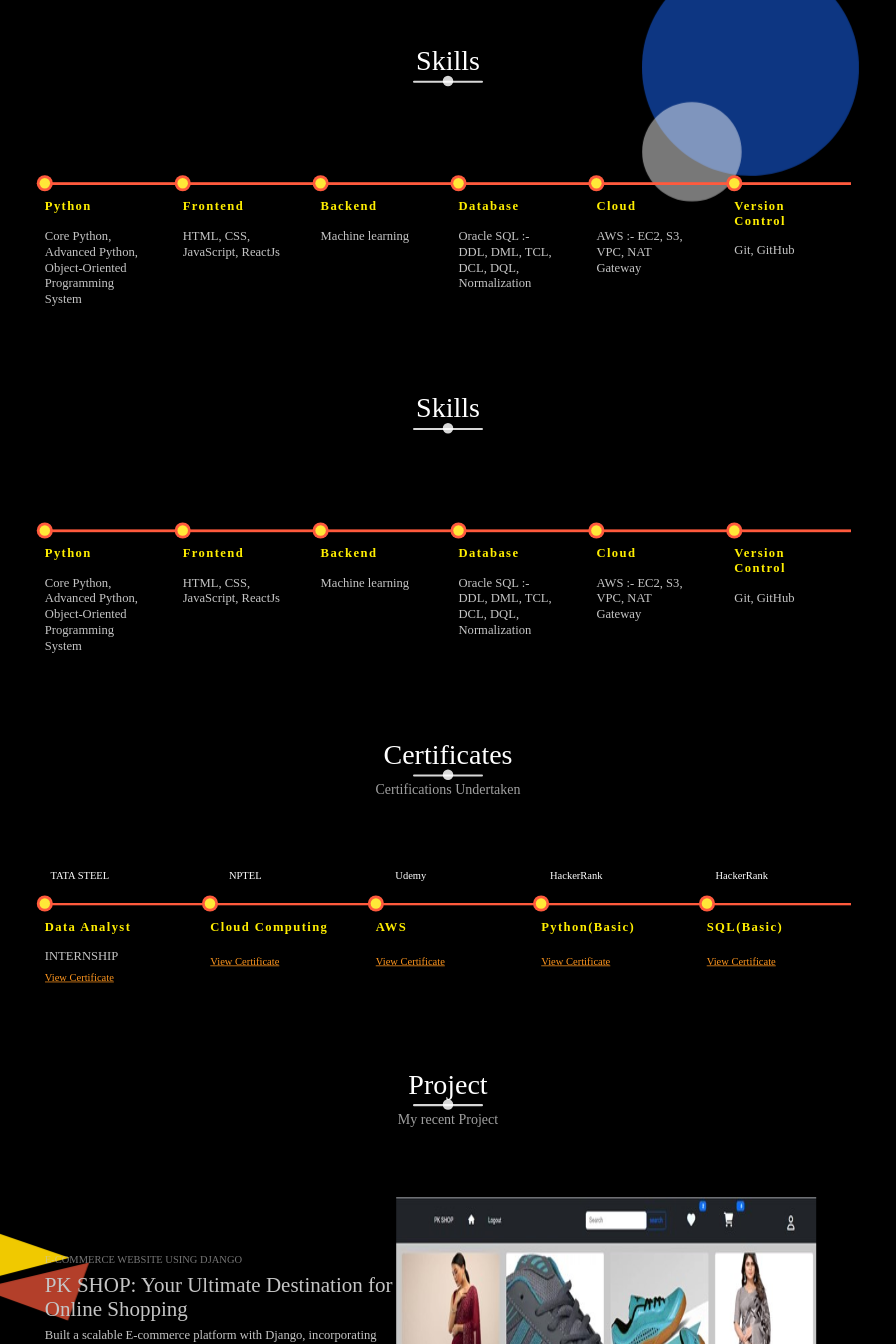
Repository: purushottam7660/Portfolio
Page: index.html
An editor plug-in stored every save of this project. The page is shown before and after the next save, followed by the edit.
The browser window is 1280 px wide. The pictures show the part of the page from y = 1206 to 3126 px (the page is 6950 px tall before and 6859 px after), at 70% of full size.
A picture or video elsewhere on the page could not be fetched, so the positions and the page height are approximate. Some web fonts or font styles are not loaded; a fallback is used.

Above is the page before, as saved 2025-08-16 12:29:27.

### index.html
<!DOCTYPE html>
<html lang="en">

<head>
    <meta charset="UTF-8">
    <meta name="viewport" content="width=device-width, initial-scale=1">

    <title>Purushottam Kumar</title>
    <link rel="stylesheet" href="https://unpkg.com/aos@next/dist/aos.css" />
    <link rel="stylesheet" href="https://use.fontawesome.com/releases/v5.7.2/css/all.css"
        integrity="sha384-fnmOCqbTlWIlj8LyTjo7mOUStjsKC4pOpQbqyi7RrhN7udi9RwhKkMHpvLbHG9Sr" crossorigin="anonymous">
    <link rel="stylesheet" href="main.css">
    <link rel='icon' href='favicon.ico' type='image/x-icon'/>
    <link href="//db.onlinewebfonts.com/c/bd317adf74e5e7e564eb61ce9926cc6d?family=Gotham" rel="stylesheet" type="text/css"/>
    <link href="//db.onlinewebfonts.com/c/9a2bc11be56851dde98c1b49302cc21a?family=Gotham+Medium" rel="stylesheet" type="text/css"/>
    <link href="//db.onlinewebfonts.com/c/0923ee644c97a87d70269aa80a6f1e79?family=The+Historia+Demo" rel="stylesheet" type="text/css"/>
    <meta name="google-site-verification" content="9P7lBLkCpxEcZAig0uq5LQzN-YUIhlLA37V1Gj3avcg" />

</head>

<body>
    <header>
        <div class="left-circ" >
                <img src="Group 1953.svg" alt="" >
            </div>
            <div class="circle-img" >
                <img src="Group 1951.svg" alt="" >
            </div>
        <div class="menu-toggler">
            <div class="bar half start"></div>
            <div class="bar"></div>
            <div class="bar half end"></div>
        </div>
        <nav class="top-nav">
            <ul class="nav-list">
                <li>
                    <a href="index.html" class="nav-link">Home</a>

                </li>
                <li>
                    <a href="#about" class="nav-link">About</a>

                </li>
                <li>
                    <a href="#services" class="nav-link">Certificates</a>

                </li>
                <li>
                    <a href="#portfolio" class="nav-link">Project</a>

                </li>
                <li>
                    <a href="#experience" class="nav-link">Education</a>

                </li>
                <li>
                    <a href="#experience" class="nav-link">Contact</a>

                </li>

            </ul>
        </nav>
        <div class="landing-text">
            <h1>Purushottam Kumar</h1>
            <h6>Associate Analyst</h6>
            <div class="scrolldown">
                <span></span>
                <span></span>
                <span></span>
            </div>
        </div>

    </header>

    <section class="about" id="about">
        <div class="container">
            <div class="profile-img" >
                <img src="./Me.jpg"  data-aos="fade-up" data-aos-delay="300ms">

            </div>
            <div class="skills-img" >
                <img src="blackball.svg" alt="" >
            </div>

            <div class="about-details" data-aos="fade-up" data-aos-delay="300ms" >
                <div class="about-heading">
                    <h1>About</h1>
                    <h6>Myself</h6>
                </div>
                <br>
                <h3> Hi! This is Purushottam Kumar. </h3>
                <br>
                <p>
                   Associate Analyst @Merkel

                    <br>
                    <br>
                    <a href="https://drive.google.com/file/d/165yn6GBqy3xRHl08g18MrKQxIV79vI6r/view?usp=sharing" class="cta" target="_blank">Checkout my Resume</a>


                </p>
                <br>

                <address>Contact me here <a href="purushottam7660@gmail.com" > purushottam7660@gmail.com </a>
                </address>

                <div class="social-media"  >
                    <ul class="nav-list"  >
                        <li>
                            <a href="https://www.linkedin.com/in/purushottam-kumar-a3a2491b3/" class="icon-link" target="_blank">
                                <i class="fab fa-linkedin"></i>
                            </a>
                        </li>
                        <li>
                            <a href="https://github.com/purushottam7660" class="icon-link" target="_blank">
                                <i class="fab fa-github-square"></i>
                            </a>
                        </li>
                        <li>
                            <a href="https://www.hackerrank.com/profile/Purushottam7660" target="_blank">
                                <i class="fab fa-hackerrank"></i>
                            </a>
                        </li>
                        <li>
                            <a href="https://www.instagram.com/purushottam115/" target="_blank">
                                <i class="fab fa-instagram"></i>
                            </a>
                        </li>
                        <li>
                            <a href="https://www.snapchat.com/add/" target="_blank">
                                <i class="fab fa-snapchat-square"></i>
                            </a>
                        </li>

                        <!-- <li>
                            <a href="https://leetcode.com/akgupta2075/" class="icon-link">
                                <i class="fab fa-behance-square"></i>
                            </a>
                        </li> -->
                        <!-- <li>
                            <a href="https://medium.com/@tejasvi_soi" class="icon-link">
                                <i class="fab fa-medium"></i>
                            </a>
                        </li> -->

                    </ul>
                </div>

            </div>

        </div>
    </section>
    <section class="skills" id="skills">
        <div class="container">
            <div class="section-heading">
                <h1>Skills</h1>
                <!-- <h6>My Python Full Stack Development Skills</h6> -->
            </div>

            <div class="my-skills">
                <div class="skill" data-aos="fade-right" data-aos-delay="300ms">
                    <h3>Python</h3>
                    <p>Core Python, Advanced Python, Object-Oriented Programming System</p>
                </div>

                <div class="skill" data-aos="fade-right" data-aos-delay="600ms">
                    <h3>Frontend</h3>
                    <p>HTML, CSS, JavaScript, ReactJs</p>
                </div>

                <div class="skill" data-aos="fade-right" data-aos-delay="900ms">
                    <h3>Backend</h3>
                    <p> Machine learning</p>
                </div>

                <div class="skill" data-aos="fade-right" data-aos-delay="1200ms">
                    <h3>Database</h3>
                    <p>Oracle SQL :- DDL, DML, TCL, DCL, DQL, Normalization</p>
                </div>

                <div class="skill" data-aos="fade-right" data-aos-delay="900ms">
                    <h3>Cloud</h3>
                    <p> AWS :- EC2, S3, VPC, NAT Gateway</p>
                </div>

                <div class="skill" data-aos="fade-right" data-aos-delay="1500ms">
                    <h3>Version Control</h3>
                    <p>Git, GitHub</p>
                </div>

            </div>
        </div>
    </section>

    <section class="skills" id="skills">
    <div class="container">
        <div class="section-heading">
            <h1>Skills</h1>
            <!-- <h6>My Python Full Stack Development Skills</h6> -->
        </div>

        <div class="my-skills">
            <div class="skill" data-aos="fade-right" data-aos-delay="300ms">
                <h3>Python</h3>
                <p>Core Python, Advanced Python, Object-Oriented Programming System</p>
            </div>

            <div class="skill" data-aos="fade-right" data-aos-delay="600ms">
                <h3>Frontend</h3>
                <p>HTML, CSS, JavaScript, ReactJs</p>
            </div>

            <div class="skill" data-aos="fade-right" data-aos-delay="900ms">
                <h3>Backend</h3>
                <p> Machine learning</p>
            </div>

            <div class="skill" data-aos="fade-right" data-aos-delay="1200ms">
                <h3>Database</h3>
                <p>Oracle SQL :- DDL, DML, TCL, DCL, DQL, Normalization</p>
            </div>

            <div class="skill" data-aos="fade-right" data-aos-delay="900ms">
                <h3>Cloud</h3>
                <p> AWS :- EC2, S3, VPC, NAT Gateway</p>
            </div>

            <div class="skill" data-aos="fade-right" data-aos-delay="1500ms">
                <h3>Version Control</h3>
                <p>Git, GitHub</p>
            </div>

        </div>
    </div>
</section>


    <section class="services" id="services" >

        <div class="container">
            <div class="services-img" >
                <img src="Rectangle 5651.svg" alt="" >
            </div>
            <div class="section-heading" >
                <h1>Certificates</h1>
                <h6>Certifications Undertaken</h6>
            </div>

            <div class="my-skills" data-aos="fade-right" data-aos-delay="100ms">
                <div class="skill" data-date="TATA STEEL"  data-aos="fade-right" data-aos-delay="300ms">

                    <h3>Data Analyst</h3>
                    <p>
                        INTERNSHIP
                    </p>
                    <br>
                    <a href="https://drive.google.com/file/d/1CfXKXl8S87-Uqk5XjmIV3m66L2Rnr3qc/view?usp=sharing"class="cta">View Certificate</a>
                </div>
                <div class="skill" data-date="NPTEL" data-aos="fade-right" data-aos-delay="600ms">

                    <h3>Cloud Computing</h3>
                    <p>

                    </p>
                    <br>
                    <a href="https://drive.google.com/file/d/12JIj-hmUDqzL3e5l1pUjtZGyqBs8_5lm/view?usp=sharing" class="cta">View Certificate</a>
                </div>

                <div class="skill" data-date="Udemy" data-aos="fade-right" data-aos-delay="900ms">

                    <h3> AWS </h3>
                    <p>

                    </p>
                    <br>
                    <a href="https://drive.google.com/file/d/1rp1tauTbMgCd7x8rF2W_imO4-MThdTXQ/view?usp=sharing" class="cta">View Certificate</a>
                </div>

                <div class="skill" data-date="HackerRank" data-aos="fade-right" data-aos-delay="1200ms">

                    <h3>Python(Basic)</h3>
                    <p>

                    </p>
                    <br>
                    <a href="https://www.hackerrank.com/certificates/4d5b223e8351" class="cta" >View Certificate</a>
                </div>

                <div class="skill" data-date="HackerRank" data-aos="fade-right" data-aos-delay="1200ms">

                    <h3> SQL(Basic)</h3>
                    <p>

                    </p>
                    <br>
                    <a href="https://www.hackerrank.com/certificates/5d3e51e30cd5" class="cta">View Certificate</a>
                </div>
            </div>

            </div>
        </div>
    </section>

    <section class="portfolio" id="portfolio">
        <div class="container">
            <div class="section-heading">
                <h1>Project</h1>
                <h6>My recent Project</h6>
            </div>
            <div class="portfolio-item" data-aos="fade-in" data-aos-duration="300ms">
                <div class="portfolio-description">
                    <h6>E-commerce Website using Django</h6>
                    <h1>PK SHOP: Your Ultimate Destination for Online Shopping</h1>
                    <p>
                        Built a scalable E-commerce platform with Django, incorporating custom features like user authentication, product catalog management, and order processing. Integrated Razorpay/Stripe for secure transactions. Developed responsive front-end interfaces and ensured platform security through encryption and collaboration with cross-functional teams.                    </p>
                    <a href="https://github.com/" class="cta">View Project</a>
                </div>
                <div class="portfolio-img has-margin-right"><img src="./PK SHOP.jpg" alt="" style="height: 450px; width: 600px;"></div>
            </div>

<br>
<br>


            <div class="portfolio-item" data-aos="fade-in" data-aos-duration="300ms">
                <div class="portfolio-img has-margin-right">
                    <img src="./telecome_project.png" alt=""style="height: 450px; width: 600px;">
                </div>
                <div class="portfolio-description">
                    <h6>Python</h6>
                    <h1>Telecom Churn Estimation Using Machine Learning</h1>
                    <p> Organizations today face intense competition in delivering advanced Quality of Service (QoS) to attract customers. Implementing efficient customer relationship management systems, supported by machine learning models like support vector machines and Random Forest algorithms, proves instrumental in customer retention and overall business profitability. Addressing challenges such as customer churn and aligning consumer expectations with product performance, organizations can strategically enhance product quality, improve brand portfolio, and optimize profit-driven feature selection in data mining and machine learning. <br>

                        Our approach involves implementing a computationally inexpensive Machine Learning algorithm for extracting insights from complex data patterns, resulting in high accuracy, time savings, and low complexities. Currently, we are actively engaged in data pre-processing, including evaluating column importance, eliminating unwanted data, and addressing null values and outliers. The ongoing cross-validation process ensures the robustness of every data column.
                        </p>
                    <a href="https://github.com/purushottam7660/TELECOM-CHURN-ESTIMATION-USING-MACHINE-LEARNING" class="cta">View Project</a>
                </div>
            </div>
<br>
<br>

            <div class="portfolio-item" data-aos="fade-in" data-aos-duration="300ms">
                <div class="portfolio-description">
                    <h6>INTERNSHIP</h6>
                    <h1>RH Treatment Time Prediction</h1>
                    <p>
                        Embark on a transformative machine learning journey with RH Treatment Time Prediction, exploring algorithms like Linear Regression, Decision Trees, Random Forest, and XG Boost. Acquire expertise in data pre-processing and model building, extracting valuable insights from challenges. Uncover the potency of supervised learning to predict treatment durations and join us in translating raw data into meaningful insights. Explore the dynamic intersection of data science and artificial intelligence to predict RH treatment times, harnessing the full potential of machine learning. Unravel intricate patterns and make informed decisions for optimized treatment durations.
                    </p>
                    <a href="https://github.com/" class="cta">View Project</a>
                </div>
                <div class="portfolio-img has-margin-right"><img src="./internship.png" alt="">
                </div>
            </div>

<br>
<br>

            <div class="portfolio-item" data-aos="fade-in" data-aos-duration="300ms">
                <div class="portfolio-img has-margin-right">
                    <img src="./3_tier_project.webp" alt="" style="height: 700px; width: 700px;">
                </div>
                <div class="portfolio-description has-margin-right">
                    <h6>Cloud Computing</h6>
                    <h1>
                        Hosting a 3-Tier Web Application Architecture on Amazon Web Services (AWS)</h1>
                    <p>
                        Discover a seamlessly hosted 3-tier web application on Amazon Web Services (AWS). This project intricately integrates vital AWS elements like VPC, ALB, and EC2, focusing on scalability, cost-effectiveness, and strong data security. Immerse yourself in the forefront of web application deployment, experiencing a fusion of cutting-edge technology and strategic architecture. This initiative marks a pivotal step into the future of cloud-based solutions, showcasing simplicity, efficiency, and innovation in web development.
                    </p>
                    <a href="https://docs.google.com/document/d/1dgbV1sPptQwEVhPD0u-hDz4tcvaEAjP5/edit?usp=sharing&ouid=102923793194469586786&rtpof=true&sd=true" class="cta">View Project</a>
                </div>
            </div>


            <div class="portfolio-item" data-aos="fade-in" data-aos-duration="300ms">
                <div class="portfolio-description">
                    <h6>Cloud Computing</h6>
                    <h1>Hosting a static website using Amazon web service </h1>
                    <p>
                        This comprehensive professional training report delves into the utilization of Amazon S3 as a robust solution for static website hosting and the integration of Route 53 for effective domain management. The report culminates with a thorough examination of the successful implementation and performance analysis, underscoring key aspects such as scalability, cost reduction, and enhanced data security measures. Throughout the project, a detailed overview is provided, encompassing the intricacies of static and dynamic websites, insights into AWS architecture, and a comprehensive understanding of Domain Name System (DNS) concepts. The emphasis on operational simplicity, business requirements, and the adoption of a highly scalable, resilient, and reliable website on Amazon Web Services adds depth to the project's significance.
                    </p>
                    <a href="https://docs.google.com/document/d/1BsOcGspHFqFBEX4XXZpwkwkMEkAuJe-A/edit?usp=sharing&ouid=102923793194469586786&rtpof=true&sd=true" class="cta">View Project</a>
                </div>
                <div class="portfolio-img has-margin-right"><img src="./static_website.png" alt="">
                </div>
            </div>
        </div>

    </div>
    </section>

    <section class="experience" id="experience">
        <div class="container" >
            <div class="section-heading">
                <h1>Education</h1>
                <h6></h6>
            </div>
            <div class="timeline" >
                <ul>
                    <li class="date" data-date="June 2019-Aug 2023" data-aos="fade-up" data-aos-duration="300ms">
                        <h1><a href="https://www.sathyabama.ac.in/" class="cta">Sathyabama Institute of Science and Technology</a></h1>
                        <p>Bachelor's of Engineering in Computer Science & Engineering <br>
                            CGPA- 8.4
                        </p>
                        <br>

                    </li>
                    <li class="date" data-date="March 2018-April 2019" data-aos="fade-up" data-aos-duration="300ms">
                        <h1>Senior Secondary</h1>
                        <p><a href="https://mnpsjsr.org/" class="cta">Motilal Nehru Public School, Jamshedpur</a>
                            <br>
                            Percentage- 62.25%
                        </p>
                        <br>

                    </li>
                    <li class="date" data-date="March 2016-April 2017" data-aos="fade-up" data-aos-duration="300ms">
                        <h1>Secondary</h1>
                        <p><a href="https://mnpsjsr.org/" class="cta">Motilal Nehru Public School, Jamshedpur</a> <br>

                            Percentage- 78.40%
                        </p>
                        <br>
                    </li>
                </ul>
                <div class="contact-img" >
                    <img src="Group 1956.svg" alt="" >
                </div>
            </div>
        </div>
    </section>


<section class="contact" id="contact">
    <div class="container">
        <div class="section-heading">
            <h1>Contact</h1>
            <h6>Get in touch with me</h6>
        </div>
        <div class="contact-details" data-aos="fade-up" data-aos-delay="300ms">
            <p>
                Feel free to reach out to me for any queries or collaboration opportunities. I'm always open to new
                projects and conversations!
            </p>
            <address>
                Email: <a href="purushottam7660@gmail.com">purushottam7660@gmail.com</a>
                <br>
                Phone: <a href="tel:+1234567890">+91 6203541645</a>
                <br>
                LinkedIn: <a href="https://www.linkedin.com/in/purushottam-kumar-a3a2491b3/">Purushottam Kumar</a>
                <br>
                Instagram: <a href="https://www.instagram.com/purushottam115/">@purushottam115</a>
            </address>
        </div>
    </div>
</section>


    <footer class="copyright">
        <div class="up" id="up">
            <i class="fas fa-chevron-up"></i>
        </div>
        <p>&copy; 2024 Purushottam Kumar</p>
    </footer>
    <script src="https://ajax.googleapis.com/ajax/libs/jquery/3.3.1/jquery.min.js"></script>

    <script src="https://unpkg.com/aos@next/dist/aos.js"></script>
    <script src="main.js"></script>


</body>

</html>

Loaded but not shown: main.js (common file); main.css (1248 lines, source omitted)

After the next save:
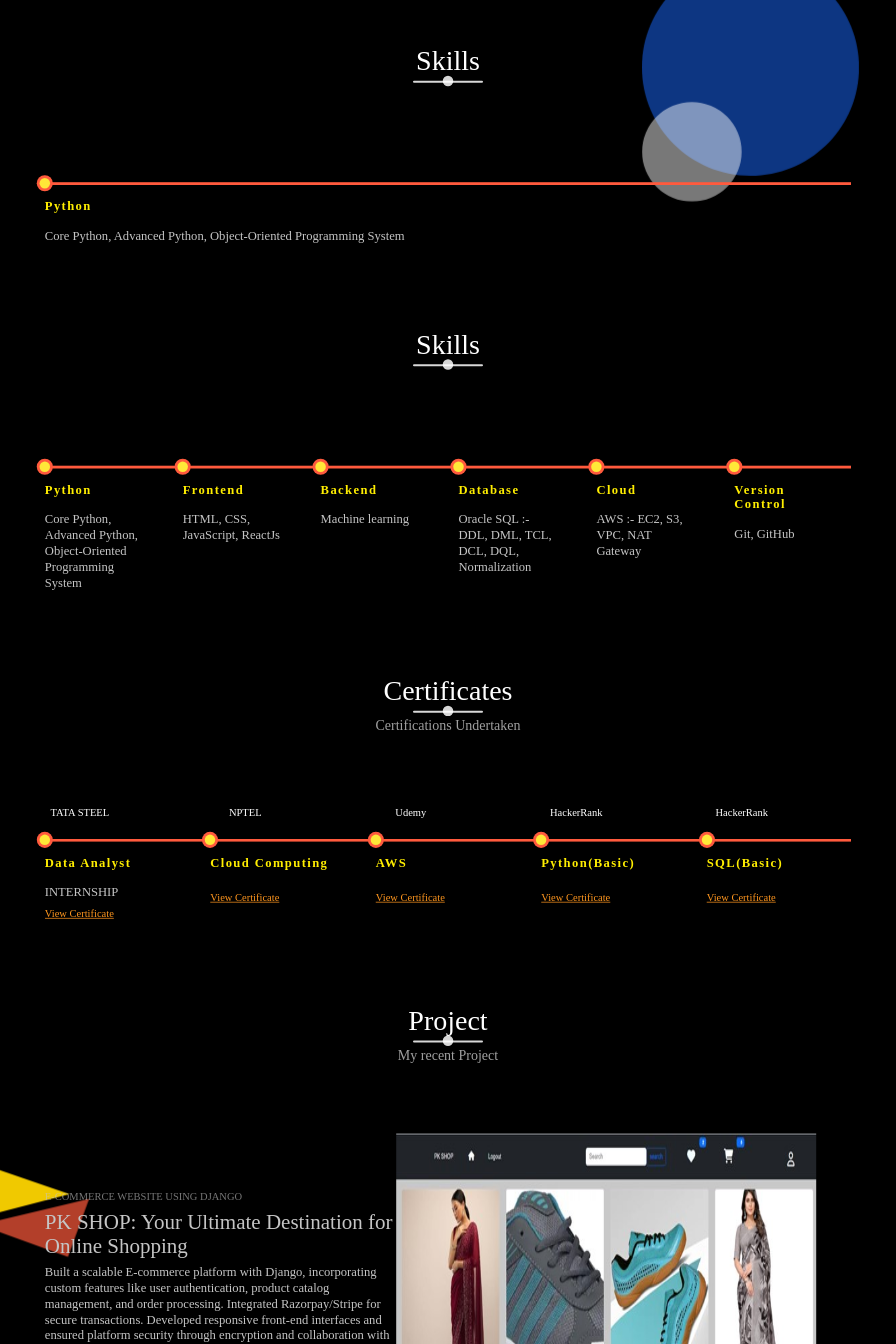
Saved 16 s later.
--- a/index.html
+++ b/index.html
@@ -163,30 +163,7 @@
                     <p>Core Python, Advanced Python, Object-Oriented Programming System</p>
                 </div>
 
-                <div class="skill" data-aos="fade-right" data-aos-delay="600ms">
-                    <h3>Frontend</h3>
-                    <p>HTML, CSS, JavaScript, ReactJs</p>
-                </div>
-
-                <div class="skill" data-aos="fade-right" data-aos-delay="900ms">
-                    <h3>Backend</h3>
-                    <p> Machine learning</p>
-                </div>
-
-                <div class="skill" data-aos="fade-right" data-aos-delay="1200ms">
-                    <h3>Database</h3>
-                    <p>Oracle SQL :- DDL, DML, TCL, DCL, DQL, Normalization</p>
-                </div>
-
-                <div class="skill" data-aos="fade-right" data-aos-delay="900ms">
-                    <h3>Cloud</h3>
-                    <p> AWS :- EC2, S3, VPC, NAT Gateway</p>
-                </div>
-
-                <div class="skill" data-aos="fade-right" data-aos-delay="1500ms">
-                    <h3>Version Control</h3>
-                    <p>Git, GitHub</p>
-                </div>
+
 
             </div>
         </div>
